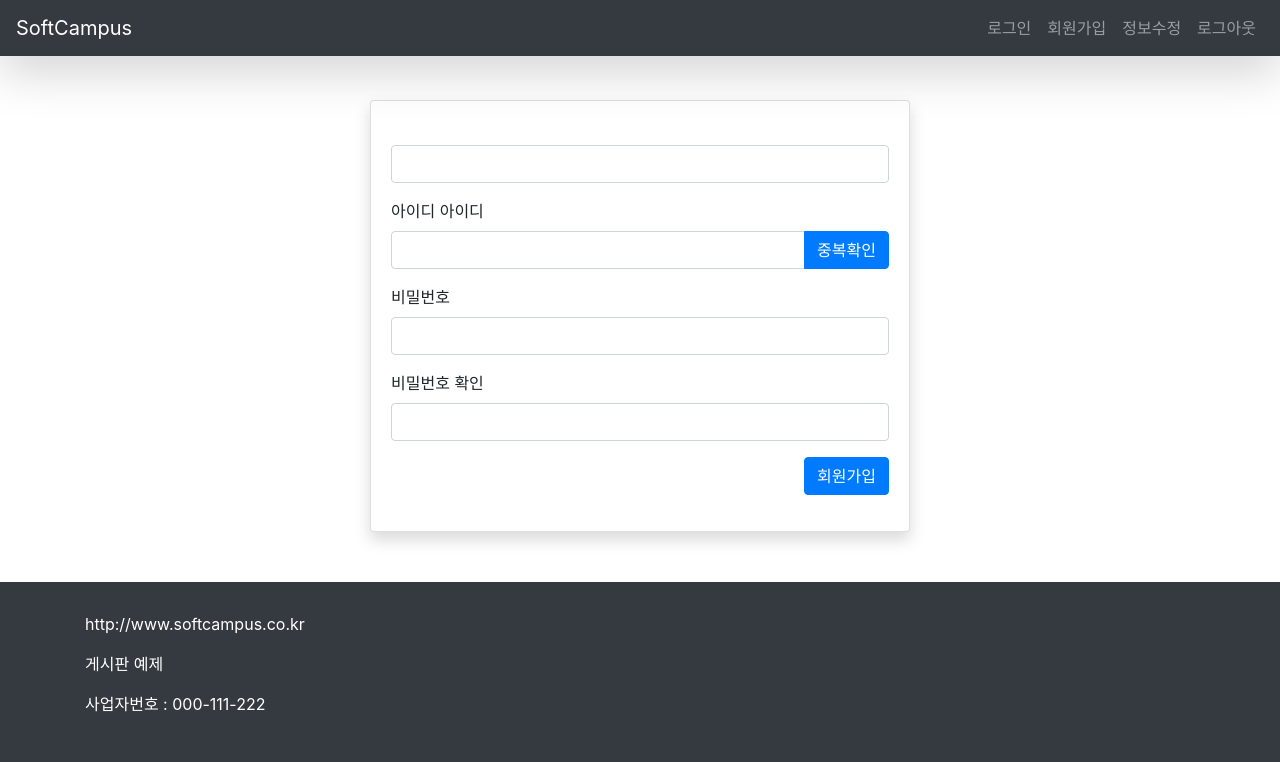
Repository: Wunhyeon/SpringMVC
Page: http://localhost/MiniProjectJava/WEB-INF/views/user/join.jsp
These files come from the project's save history. The page is drawn as it stood at one moment and after the next save; the edit follows.
The browser window is 1280 px wide. The pictures show the whole page.
The page is served by Tomcat 9. Nobody is signed in. The template is opened directly, without the code that normally fills it, so the values that code supplies are empty.

Above is the page before, as saved 2020-09-05 19:36:40.

After the next save:
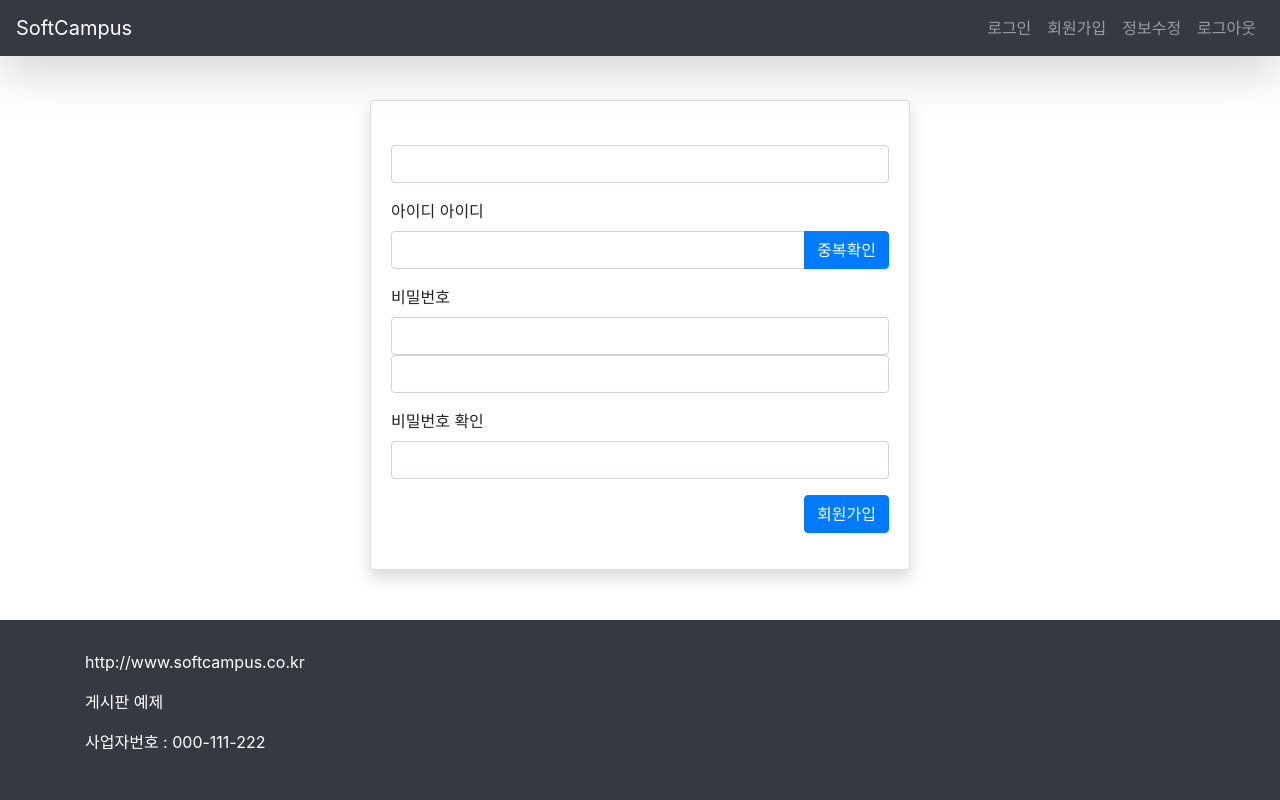
Saved 89 s later.
--- a/MiniProjectJava/WebContent/WEB-INF/views/user/join.jsp
+++ b/MiniProjectJava/WebContent/WEB-INF/views/user/join.jsp
@@ -47,8 +47,9 @@
 							<form:errors path="user_id"></form:errors>
 						</div>
 						<div class="form-group">
-							<label for="user_pw">비밀번호</label>
+							<form:label path="user_pw">비밀번호</form:label>
 							<input type="password" id="user_pw" name="user_pw" class="form-control"/>
+							<form:password path="user_pw" class="form-control"/>
 						</div>
 						<div class="form-group">
 							<label for="user_pw2">비밀번호 확인</label>
